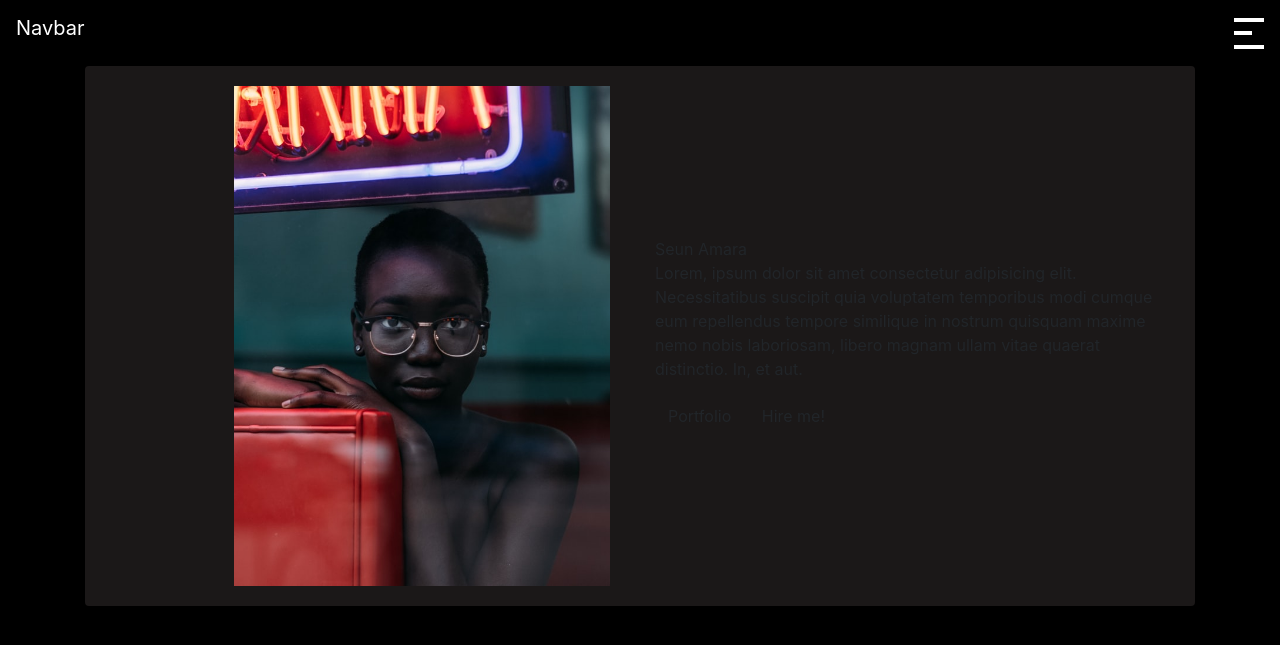
Repository: latenightsnacc/portfolio-site
Page: index.html
An editor plug-in stored every save of this project. The page is shown before and after the next save, followed by the edit.
The browser window is 1280 px wide. The pictures show the whole page.
The style sheet was rebuilt from its Sass, Less or Tailwind sources for each picture, by a compiler version that may differ from the author's.

Above is the page before, as saved 2020-08-03 14:27:49.

After the next save:
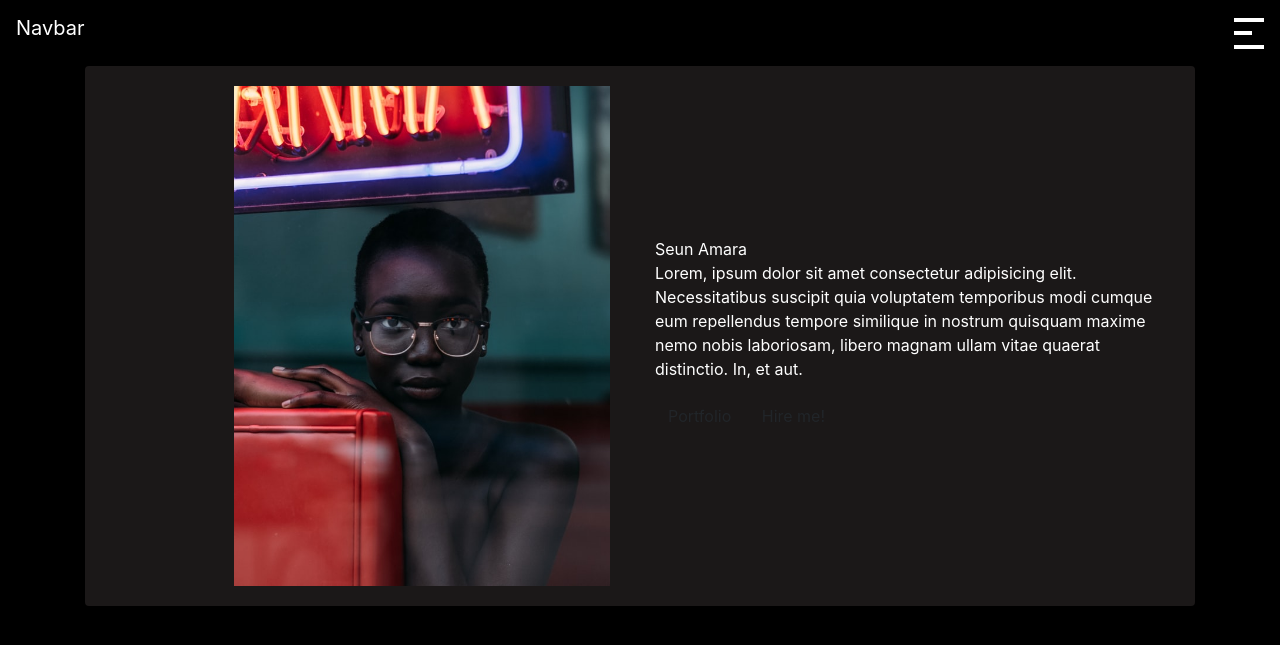
Saved 20 s later.
--- a/styles/stylesheet.scss
+++ b/styles/stylesheet.scss
@@ -37,6 +37,7 @@ body,html, .bg-dark {
 .card {
     border: 0px !important;
     background-color: $bg-dark;
+    color: $light;
 }
 .nav-top {
     display: flex;
